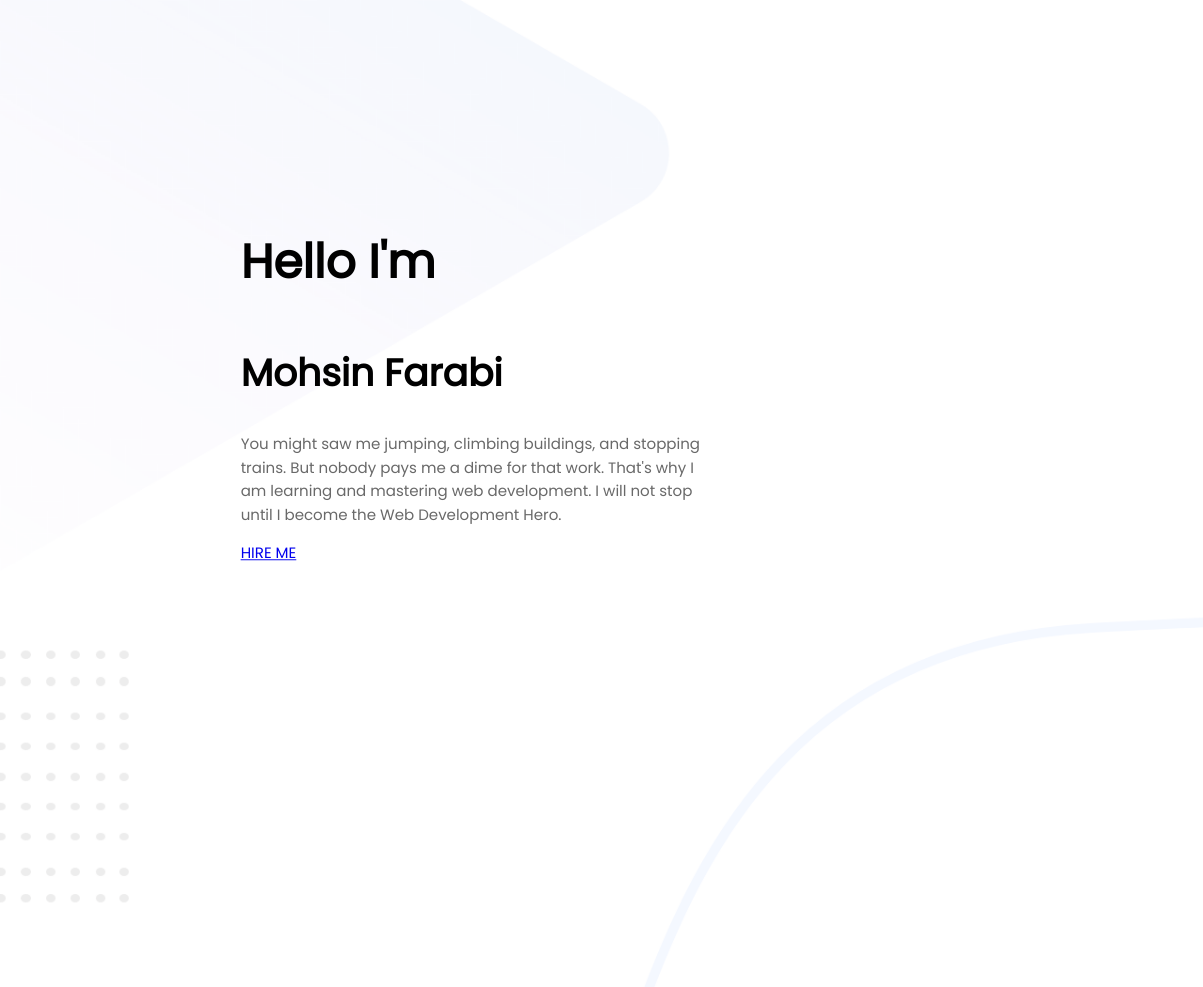
Repository: mohsinfarabi/personal-website
Page: index.html
These files come from the project's save history. The page is drawn as it stood at one moment and after the next save; the edit follows.
The browser window is 1280 px wide. The pictures show the whole page, at 94% of full size.

Above is the page before, as saved 2020-07-01 03:20:07.

### index.html
<!DOCTYPE html>
<html lang="en">

<head>
    <meta charset="UTF-8">
    <meta name="viewport" content="width=device-width, initial-scale=1.0">
    <link href="https://fonts.googleapis.com/css2?family=Poppins" rel="stylesheet">
    <link rel="stylesheet" href="style.css">
    <title>Farabi - Web Developer</title>
</head>

<body>
    <section class="header-banner">
        <div class="half-width">
            <h3>Hello I'm</h3>
            <h2>Mohsin Farabi</h2>
            <p>You might saw me jumping, climbing buildings, and stopping trains. But nobody pays me a dime for that work. That's why I am learning and mastering web development. I will not stop until I become the Web Development Hero.</p>
            <a class="link-button" target="_blank" href="https://www.linkedin.com/in/mohsin-farabi-68655040/">HIRE ME</a>
        </div>

    </section>



</body>

</html>

### style.css
body {
    margin: 0;
    font-family: 'Poppins', sans-serif;
}

h2 {
    font-size: 40px;
}

h3 {
    font-size: 50px;
}

p {
    color: dimgray;
}

.half-width {
    width: 40%;
    float: left;
    margin-left: 15%;
    margin-top: 15%;
    padding-left: 5%;
}

section {
    height: 900px;
    padding-bottom: 150px;
}

.header-banner {
    background-image: url("images/header-bg.png");
    background-repeat: no-repeat;
}

After the next save:
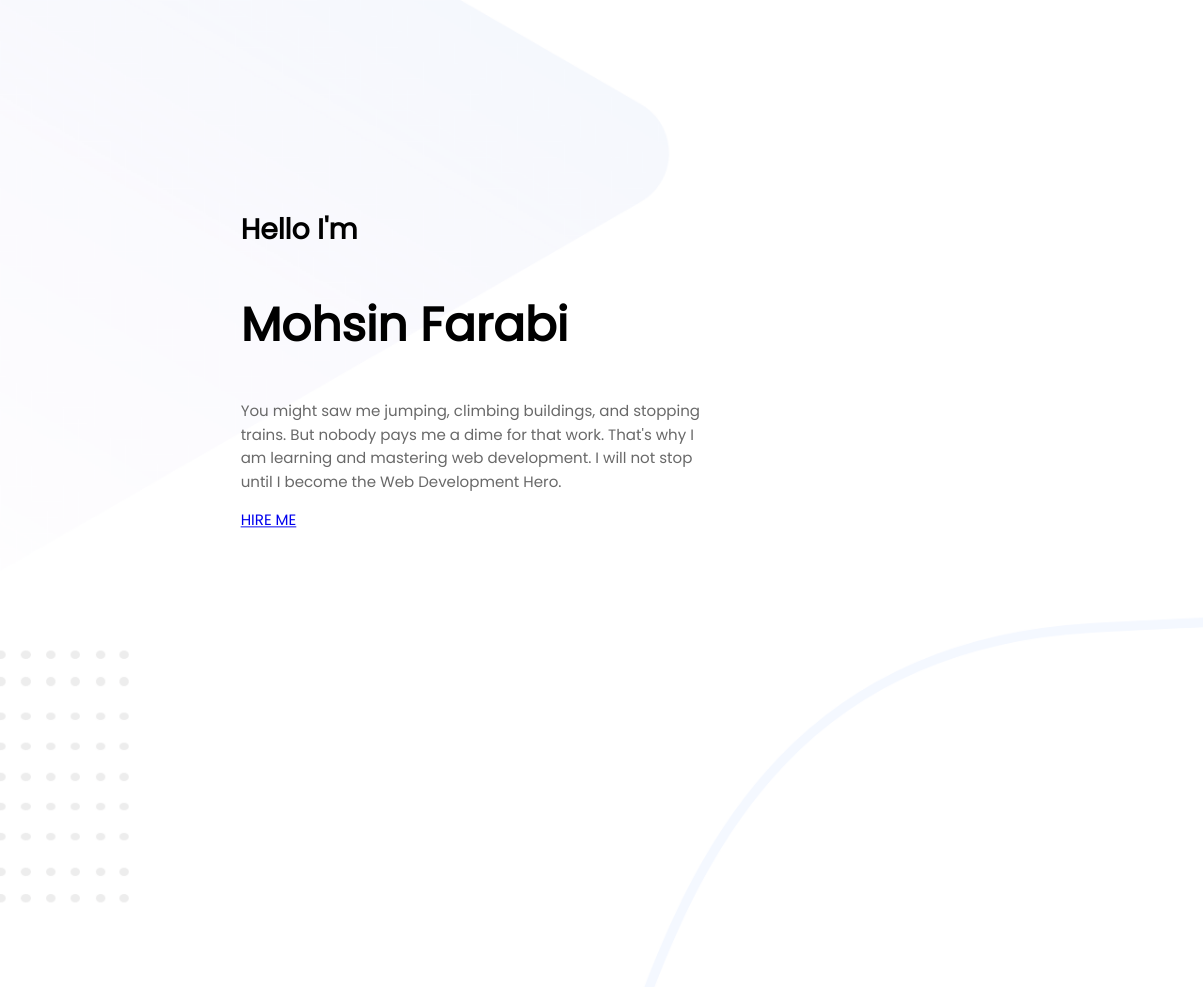
Saved 23 s later.
--- a/style.css
+++ b/style.css
@@ -4,11 +4,11 @@ body {
 }
 
 h2 {
-    font-size: 40px;
+    font-size: 50px;
 }
 
 h3 {
-    font-size: 50px;
+    font-size: 30px;
 }
 
 p {
